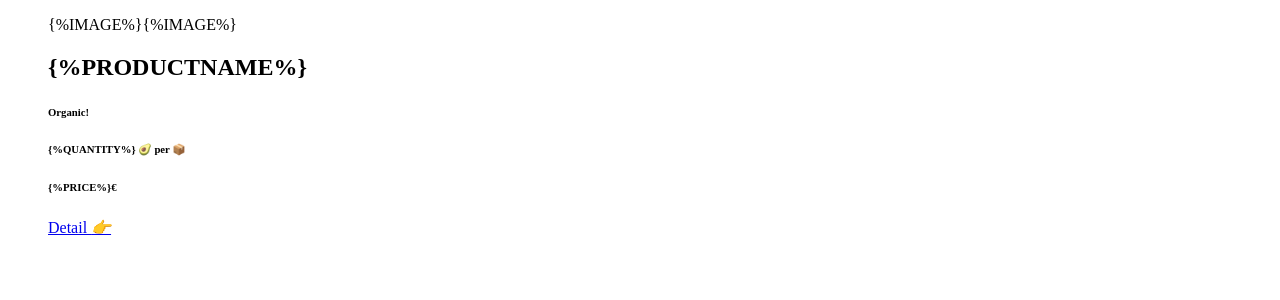
Repository: 13-Joban/Node_Farm_Backend
Page: templates/template-card.html
The author's editor kept a copy of each file at every save. The page is drawn from the files as they stood at one save, then again after a run of saves.
The browser window is 1280 px wide. The pictures show the whole page.

Above is the page before, as saved 2022-07-17 09:19:32.

### templates/template-card.html
<figure class="card">
    <div class="card__emoji">{%IMAGE%}{%IMAGE%}</div>

    <div class="card__title-box">
      <h2 class="card__title">{%PRODUCTNAME%}</h2>
    </div>

    <div class="card__details">
      <div class="card__detail-box">
        <h6 class="card__detail card__detail--organic {%NOTORGANIC%}">Organic!</h6>
      </div>

      <div class="card__detail-box">
        <h6 class="card__detail">{%QUANTITY%} 🥑 per 📦</h6>
      </div>

      <div class="card__detail-box">
        <h6 class="card__detail card__detail--price">{%PRICE%}€</h6>
      </div>
    </div>

    <a class="card__link" href="/products/id={%ID%}">
      <span>Detail <i class="emoji-right">👉</i></span>
    </a>
  </figure>

After the next 3 saves:
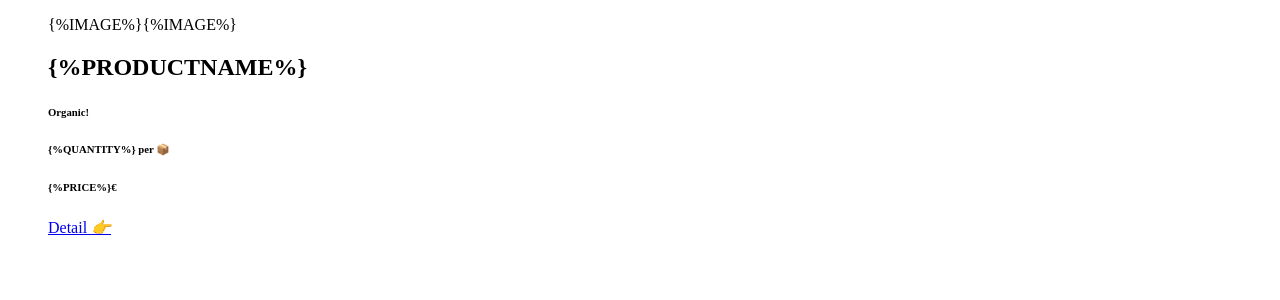
The 3 saves are shown as one change because they came seconds apart.
The last was saved 6 min 24 s later.
--- a/templates/template-card.html
+++ b/templates/template-card.html
@@ -11,7 +11,7 @@
       </div>
 
       <div class="card__detail-box">
-        <h6 class="card__detail">{%QUANTITY%} 🥑 per 📦</h6>
+        <h6 class="card__detail">{%QUANTITY%}  per 📦</h6>
       </div>
 
       <div class="card__detail-box">
